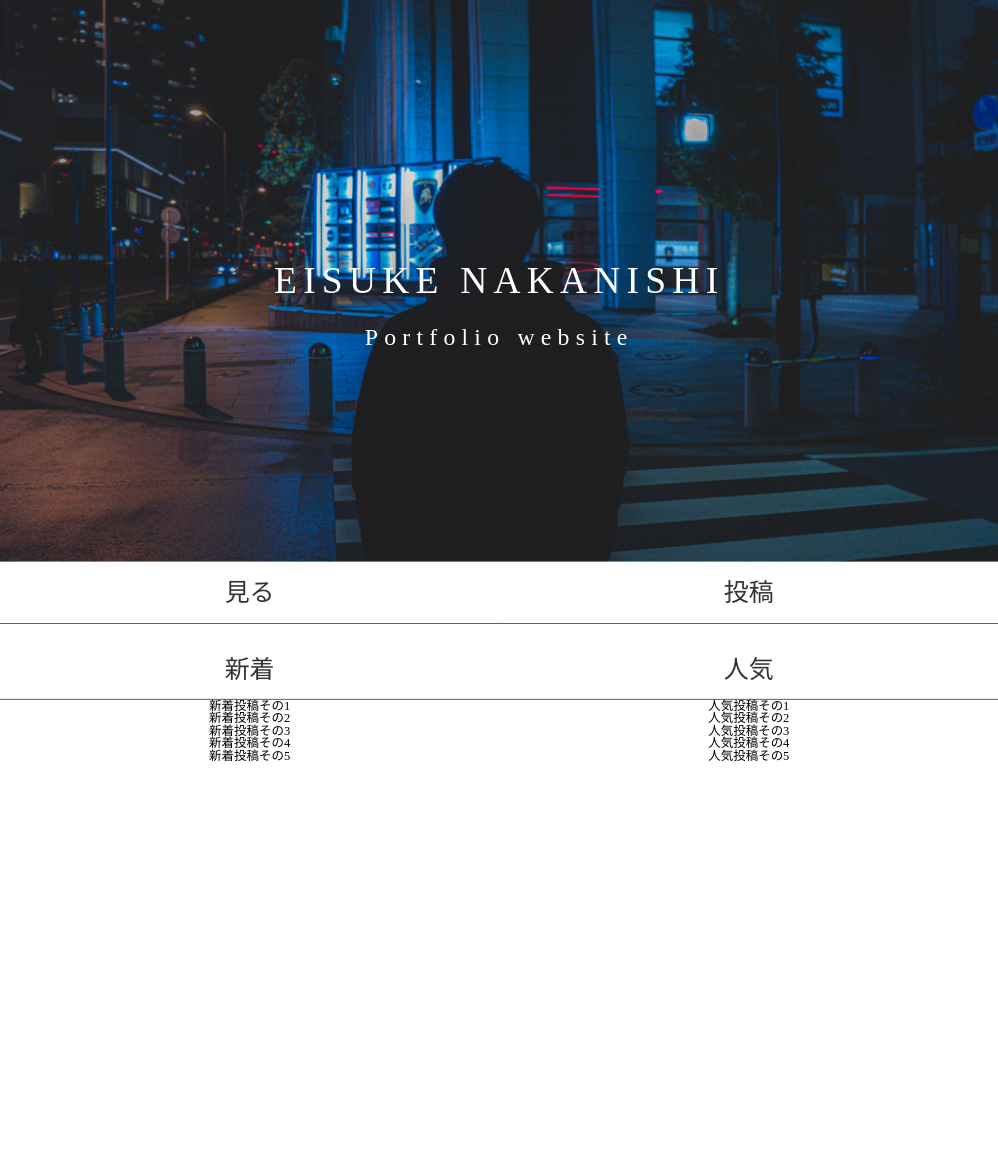
Repository: KustomApe/LandorusInc
Page: index.html
These files come from the project's save history. The page is drawn as it stood at one moment and after the next save; the edit follows.
The browser window is 1280 px wide. The pictures show the whole page, at 78% of full size.

Above is the page before, as saved 2021-07-24 13:18:51.

### index.html
<!DOCTYPE html>
<html lang="ja">
<head>
    <meta charset="UTF-8">
    <meta http-equiv="X-UA-Compatible" content="IE=edge">
    <meta name="viewport" content="width=device-width, initial-scale=1.0">
    <title>掲示板</title>
    <link rel="stylesheet" href="./assets/css/html5doctor.css">
    <link rel="stylesheet" href="./assets/css/style.css">
</head>
<body>
<div id="wrap">
    <div id="main_img">
        <h1>EISUKE NAKANISHI</h1>
        <h2>Portfolio website</h2>
    </div>
    <div class="contents">
        <ul id="main_btn">
            <li>見る</li>
            <li>投稿</li>
        </ul>
        <div id="topic">
            <ul class="topics">
                <li id="heading2">新着</li>
                <li>新着投稿その1</li>
                <li>新着投稿その2</li>
                <li>新着投稿その3</li>
                <li>新着投稿その4</li>
                <li>新着投稿その5</li>
            </ul>
            <ul class="topics">
                <li id="heading2">人気</li>
                <li>人気投稿その1</li>
                <li>人気投稿その2</li>
                <li>人気投稿その3</li>
                <li>人気投稿その4</li>
                <li>人気投稿その5</li>
            </ul>
        </div>
    </div>
</div>
</body>
</html>

### assets/css/html5doctor.css
html, body, div, span, object, iframe,
h1, h2, h3, h4, h5, h6, p, blockquote, pre,
abbr, address, cite, code,
del, dfn, em, img, ins, kbd, q, samp,
small, strong, sub, sup, var,
b, i,
dl, dt, dd, ol, ul, li,
fieldset, form, label, legend,
table, caption, tbody, tfoot, thead, tr, th, td,
article, aside, canvas, details, figcaption, figure,
footer, header, hgroup, menu, nav, section, summary,
time, mark, audio, video {
    margin:0;
    padding:0;
    border:0;
    outline:0;
    font-size:100%;
    vertical-align:baseline;
    background:transparent;
}

body {
    line-height:1;
}

article,aside,details,figcaption,figure,
footer,header,hgroup,menu,nav,section {
    display:block;
}

nav ul {
    list-style:none;
}

blockquote, q {
    quotes:none;
}

blockquote:before, blockquote:after,
q:before, q:after {
    content:'';
    content:none;
}

a {
    margin:0;
    padding:0;
    font-size:100%;
    vertical-align:baseline;
    background:transparent;
}

/* change colours to suit your needs */
ins {
    background-color:#ff9;
    color:#000;
    text-decoration:none;
}

/* change colours to suit your needs */
mark {
    background-color:#ff9;
    color:#000;
    font-style:italic;
    font-weight:bold;
}

del {
    text-decoration: line-through;
}

abbr[title], dfn[title] {
    border-bottom:1px dotted;
    cursor:help;
}

table {
    border-collapse:collapse;
    border-spacing:0;
}

/* change border colour to suit your needs */
hr {
    display:block;
    height:1px;
    border:0;
    border-top:1px solid #cccccc;
    margin:1em 0;
    padding:0;
}

input, select {
    vertical-align:middle;
}

### assets/css/style.css
@charset "utf-8";

body {
    width: 100%;
    max-width: 1920px;
}

div#main_img {
    position: relative;
    display: block;
    width: 100%;
    height: 100vh;
    background: url('../img/main.jpg');
    background-size: cover;
}

div#main_img h1 {
    position: absolute;
    top: 50%;
    left: 50%;
    transform: translate(-50%, -50%);
    -webkit-transform: translate(-50%, -50%);
    -ms-transform: translate(-50%, -50%);
    color: #fff;
    font-size: 3rem;
    font-weight: lighter;
    letter-spacing: 0.5rem;
}

div#main_img h2 {
    position: absolute;
    top: 60%;
    left: 50%;
    transform: translate(-50%, -50%);
    -webkit-transform: translate(-50%, -50%);
    -ms-transform: translate(-50%, -50%);
    color: #fff;
    font-size: 1.9rem;
    font-weight: lighter;
    letter-spacing: 0.5rem;
}

div.contents {
    width: 100%;
}

div.contents ul#main_btn {
    list-style: none;
    display: flex;
    width: 100%;
    height: 9vh;
}

div.contents ul#main_btn li {
    display: block;
    width: 100%;
    height: 5vh;
    line-height: 5vh;
    margin: 0 auto;
    padding: 3vh 0;
    font-size: 2rem;
    color: #333;
    border-bottom: solid 1px #333;
    text-align: center;
}

div#topic {
    display: flex;
    width: 100%;
    height: 100vh;
}

ul.topics {
    width: 50%;
    padding-top: 5vh;
    list-style: none;
    text-align: center;
}

ul.topics li#heading2 {
    padding: 3vh 0;
    font-size: 2rem;
    color: #333;
    border-bottom: solid 1px #333;
}

After the next save:
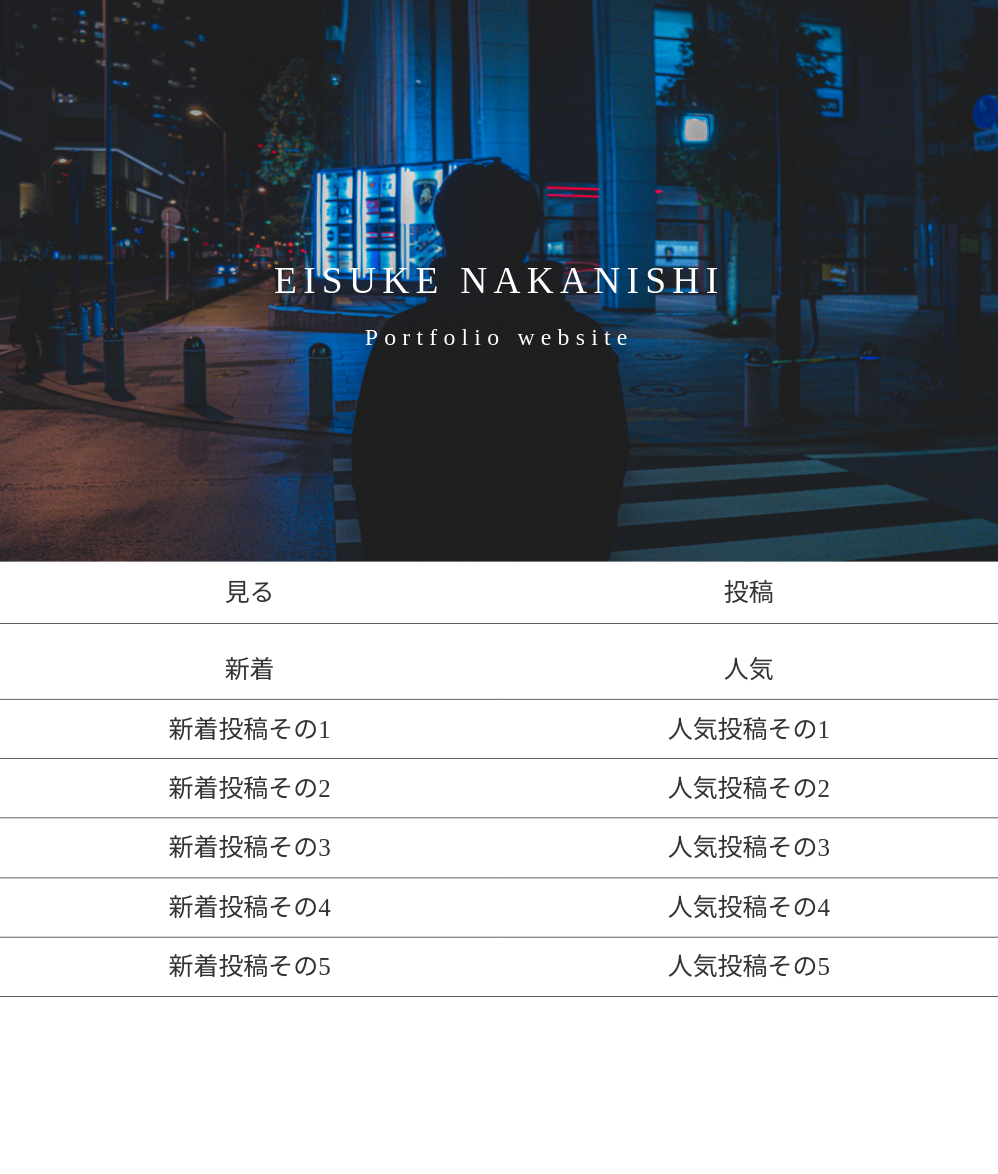
Saved 15 s later.
--- a/assets/css/style.css
+++ b/assets/css/style.css
@@ -83,3 +83,10 @@ ul.topics li#heading2 {
     color: #333;
     border-bottom: solid 1px #333;
 }
+
+ul.topics li {
+    padding: 3vh 0;
+    font-size: 2rem;
+    color: #333;
+    border-bottom: solid 1px #333;
+}
